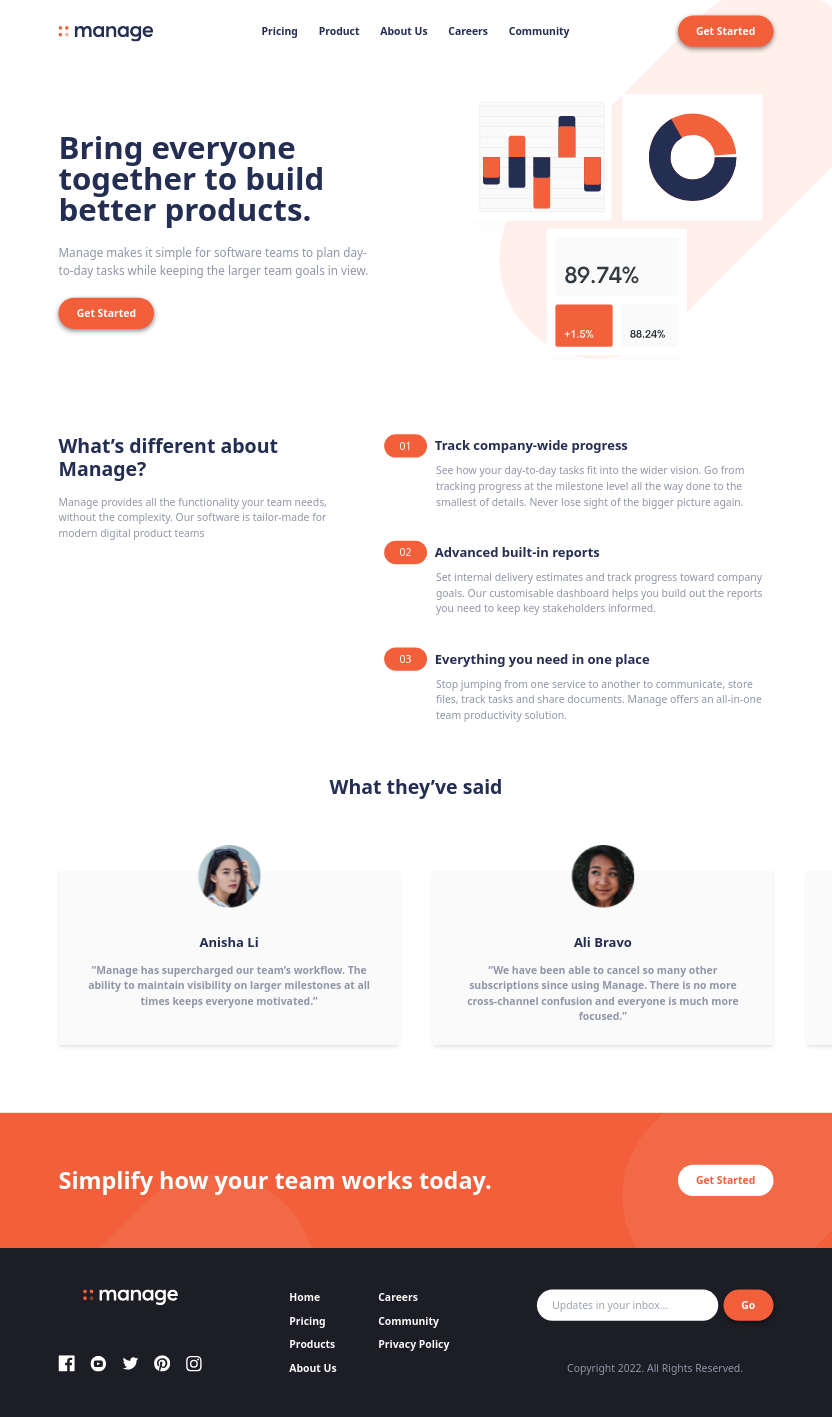
Repository: aqib-01/manage-landing-page
Page: /
An editor plug-in stored every save of this project. The page is shown before and after the next save, followed by the edit.
The browser window is 1280 px wide. The pictures show the whole page, at 65% of full size.
The project was rebuilt for these pictures with package versions that can differ from the ones it lists, and the page was loaded fresh each time.

Above is the page before, as saved 2022-05-13 21:28:11.

After the next save:
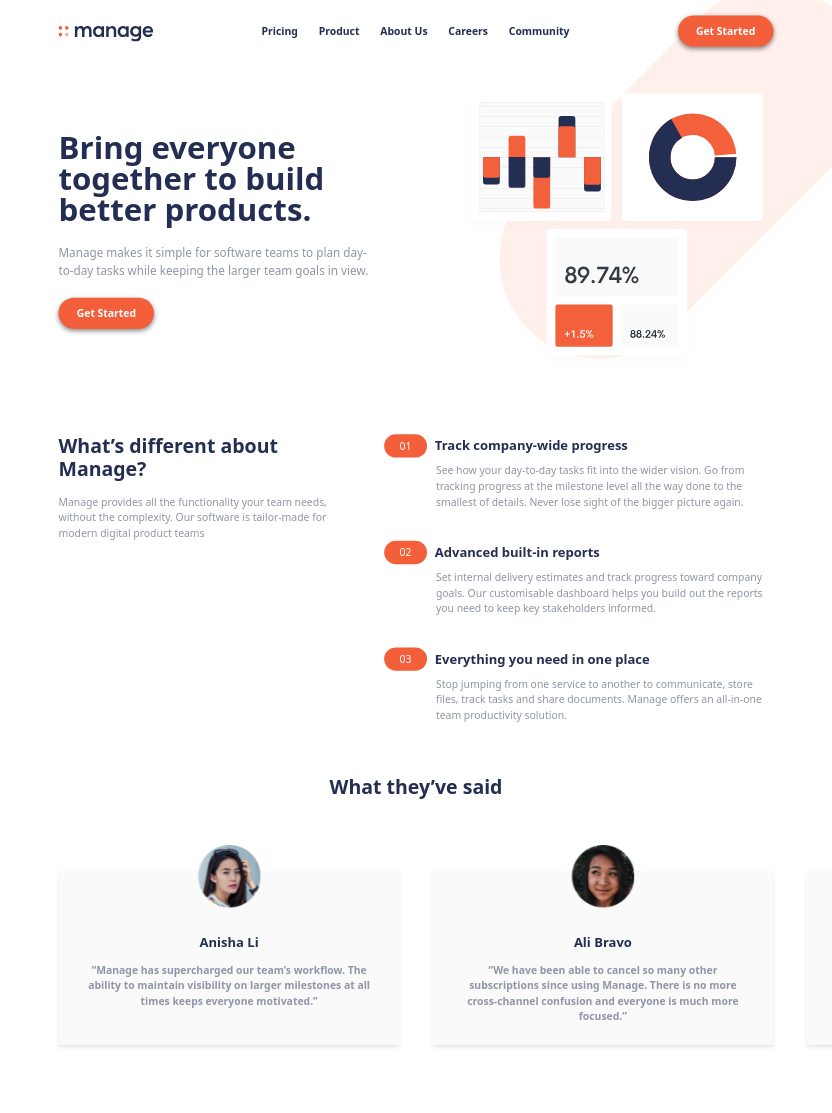
Saved 15 s later.
--- a/src/App.js
+++ b/src/App.js
@@ -1,18 +1,10 @@
-import React, { useEffect } from "react";
+import React from "react";
 import Intro from "./components/Intro";
 import Nav from "./components/Nav";
-import Simplify from "./components/Simplify";
 import Testimonials from "./components/Testimonials";
 import WhatDifferent from "./components/WhatDifferent";
-import Footer from "./components/Footer";
-import gsap from "gsap";
-import { ScrollTrigger } from "gsap/ScrollTrigger";
-import gsapAnimation from "./functions/gsapAnimation";
-gsap.registerPlugin(ScrollTrigger);
+
 const App = () => {
-  useEffect(() => {
-    gsapAnimation();
-  }, []);
   return (
     <>
       <div className="nav-intro-sect">
@@ -23,8 +15,6 @@
 
       <WhatDifferent />
       <Testimonials />
-      <Simplify />
-      <Footer />
     </>
   );
 };

After the save that followed:
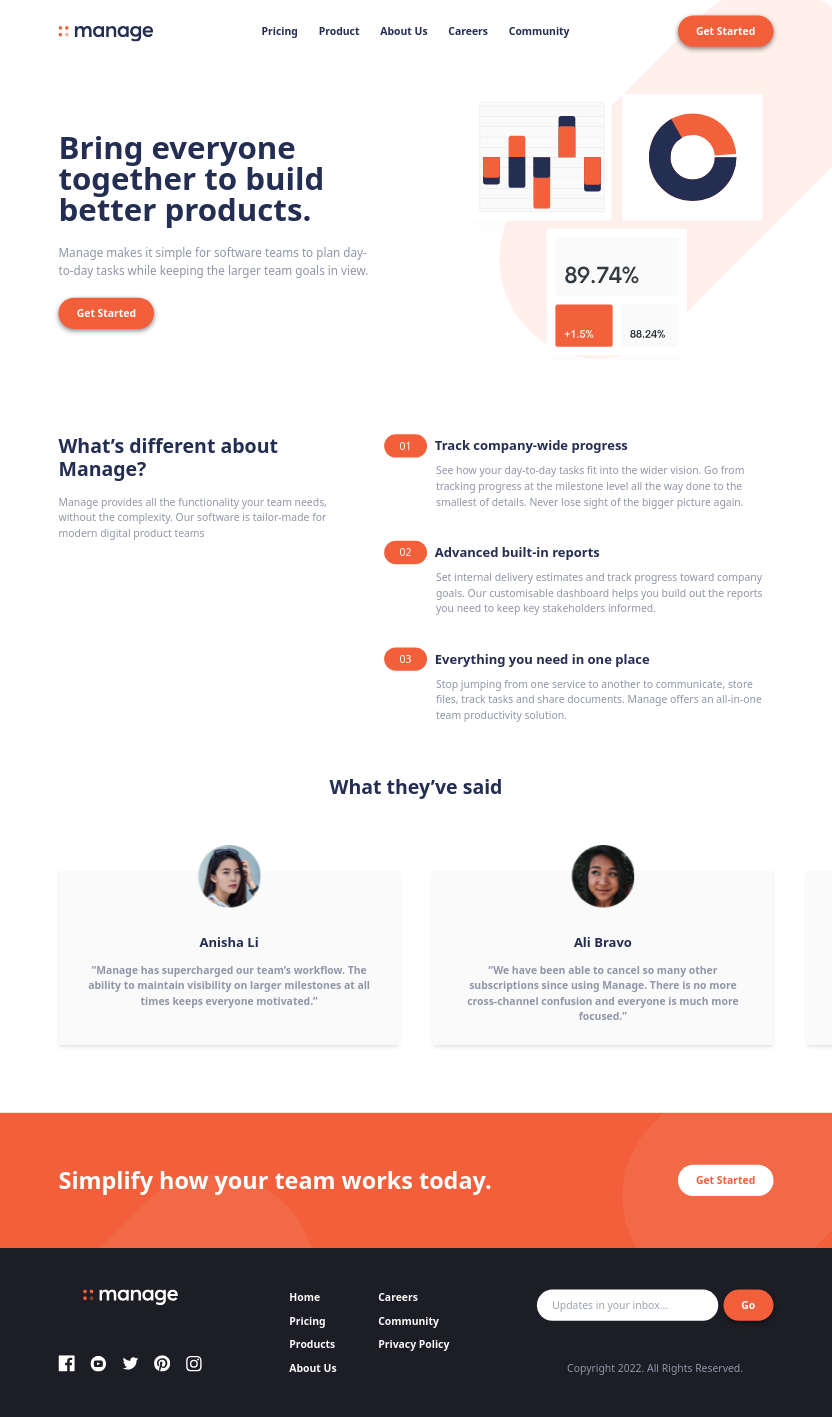
Saved 5 s later.
--- a/src/App.js
+++ b/src/App.js
@@ -1,10 +1,18 @@
-import React from "react";
+import React, { useEffect } from "react";
 import Intro from "./components/Intro";
 import Nav from "./components/Nav";
+import Simplify from "./components/Simplify";
 import Testimonials from "./components/Testimonials";
 import WhatDifferent from "./components/WhatDifferent";
-
+import Footer from "./components/Footer";
+import gsap from "gsap";
+import { ScrollTrigger } from "gsap/ScrollTrigger";
+import gsapAnimation from "./functions/gsapAnimation";
+gsap.registerPlugin(ScrollTrigger);
 const App = () => {
+  useEffect(() => {
+    gsapAnimation();
+  }, []);
   return (
     <>
       <div className="nav-intro-sect">
@@ -15,6 +23,8 @@
 
       <WhatDifferent />
       <Testimonials />
+      <Simplify />
+      <Footer />
     </>
   );
 };
